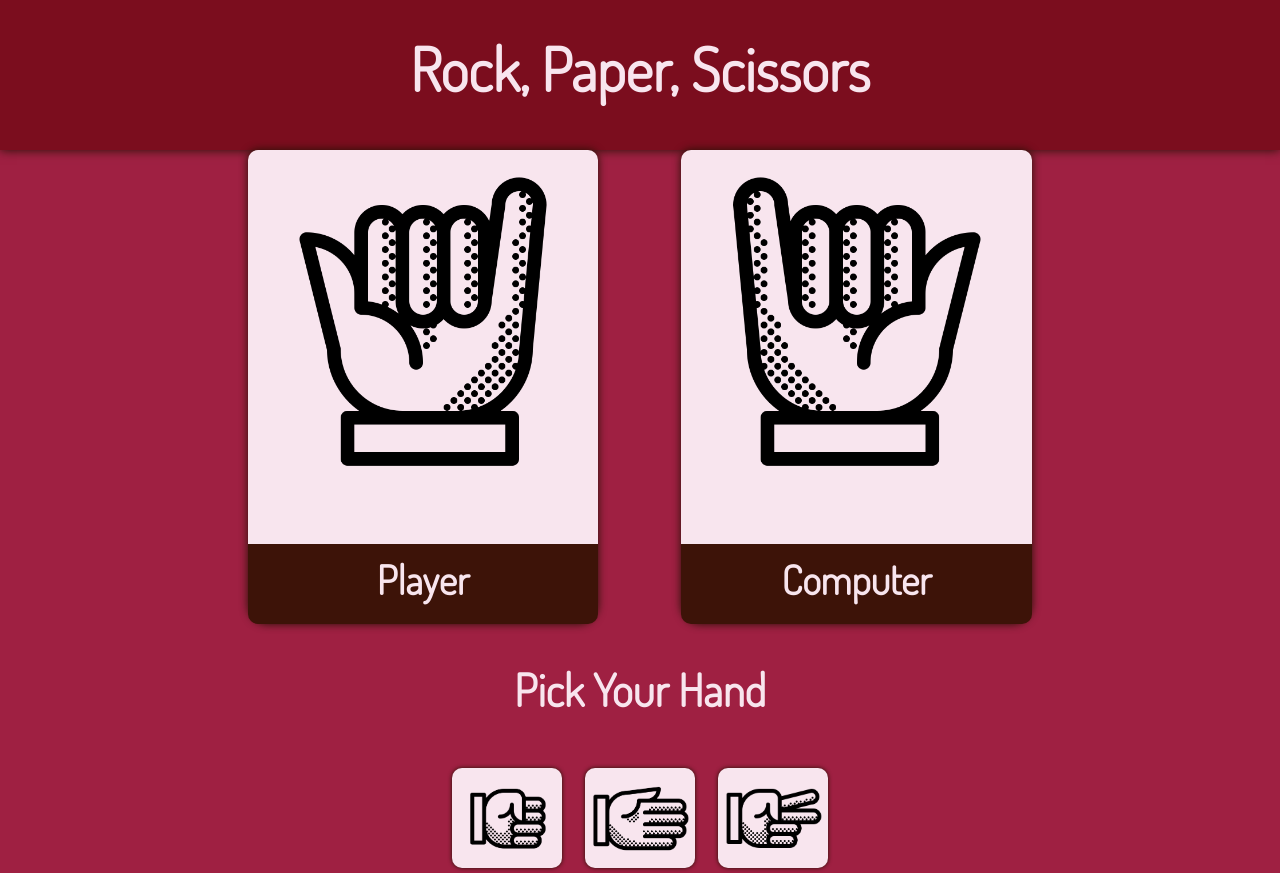
Repository: shayanabedi98/rock-paper-scissors
Page: index.html
The author's editor kept a copy of each file at every save. The page is drawn from the files as they stood at one save, then again after a run of saves.
The browser window is 1280 px wide. The pictures show the whole page.

Above is the page before, as saved 2023-07-13 23:22:41.

### index.html
<!DOCTYPE html>
<html lang="en">
<head>
    <meta charset="UTF-8">
    <meta name="viewport" content="width=device-width, initial-scale=1.0">
    <title>Rock, Paper, Scissors</title>
    <link rel="preconnect" href="https://fonts.googleapis.com">
    <link rel="preconnect" href="https://fonts.gstatic.com" crossorigin>
    <link href="https://fonts.googleapis.com/css2?family=Dosis:wght@300&display=swap" rel="stylesheet">
    <link rel="stylesheet" href="styles.css">
</head>
<body>
    <div class="header">
        <h1>Rock, Paper, Scissors</h1>
    </div>
    <div class="container">
        <div class="card">
            <div class="player1">
                <img src="resources/startleft.png" alt="Starting image before game">
                <h3>Player</h3>
            </div>
        </div>
        <div class="card">
            <div class="computer">
                <img src="resources/start.png" alt="Starting image before game">
                <h3>Computer</h3>
            </div>
        </div>
    </div>
    <div class="caption">
        <h2>Pick Your Hand</h2>
    </div>
    <div class="button-container">
        <button id="rock"><img src="resources/rockleft.png" alt="rock option"></button>
        <button id="paper"><img src="resources/paperleft.png" alt="paper option"></button>
        <button id="scissors"><img src="resources/scissorsleft.png" alt="scissors option"></button>
    </div>
    <script src="index.js"></script>
</body>
</html>

### styles.css
body {
    font-family:'Dosis', sans-serif;
    margin: 0;
    padding: 0;
    background-color: #9F2042;
    color: #F8E5EE;
}

h1 {
    font-size: 60px;
    margin-top: 0;

}

.header {
    text-align: center;
    background-color: #7B0D1E;
    height: 120px;
    padding-top: 30px;
    box-shadow: 0 0 10px 0 #211103;
}

.caption {
    text-align: center;
    font-size: 30px;
}

.container {
    text-align: center;
    display: block;
    margin-top: 0px;
}

.card {
    display: inline-block;
    background-color: #F8E5EE;
    box-shadow: 0 0 8px 0 #211103;
    margin: 0 40px;
    border-radius: 10px 10px 20px 20px;
}

.card img {
    height: 350px;
}

.card h3 {
    font-size: 40px;
    color: #F8E5EE;
    background-color: #3D1308;
    margin-bottom: 0;
    height: 70px;
    padding-top: 10px;
    border-radius: 0  0 10px 10px;
}

.button-container {
    text-align: center;
    margin-top: 50px;
}

#rock, #paper, #scissors {
    font-family: 'Dosis', sans-serif;
    background-color: #F8E5EE;
    color: #211103;
    width: 110px;
    height: 100px;
    cursor: pointer;
    border: 0;
    border-radius: 10px;
    box-shadow: 0 0 4px 0 #211103;
    margin: 0 10px;
}

#rock img, #paper img, #scissors img {
    height: 100px;
}

#rock:hover, #paper:hover, #scissors:hover {
    box-shadow: 0 0 10px 0 #211103;
}

#rock:active, #paper:active, #scissors:active, #rock img:active, #paper img:active, #scissors img:active {
    box-shadow: none;
    height: 99px;
}

### index.js
var scoreP = 0;
var scoreC = 0;
var caption = document.querySelector('.caption h2');

function rng() {
    return Math.floor(Math.random() * 3) + 1;
};

After the next 2 saves:
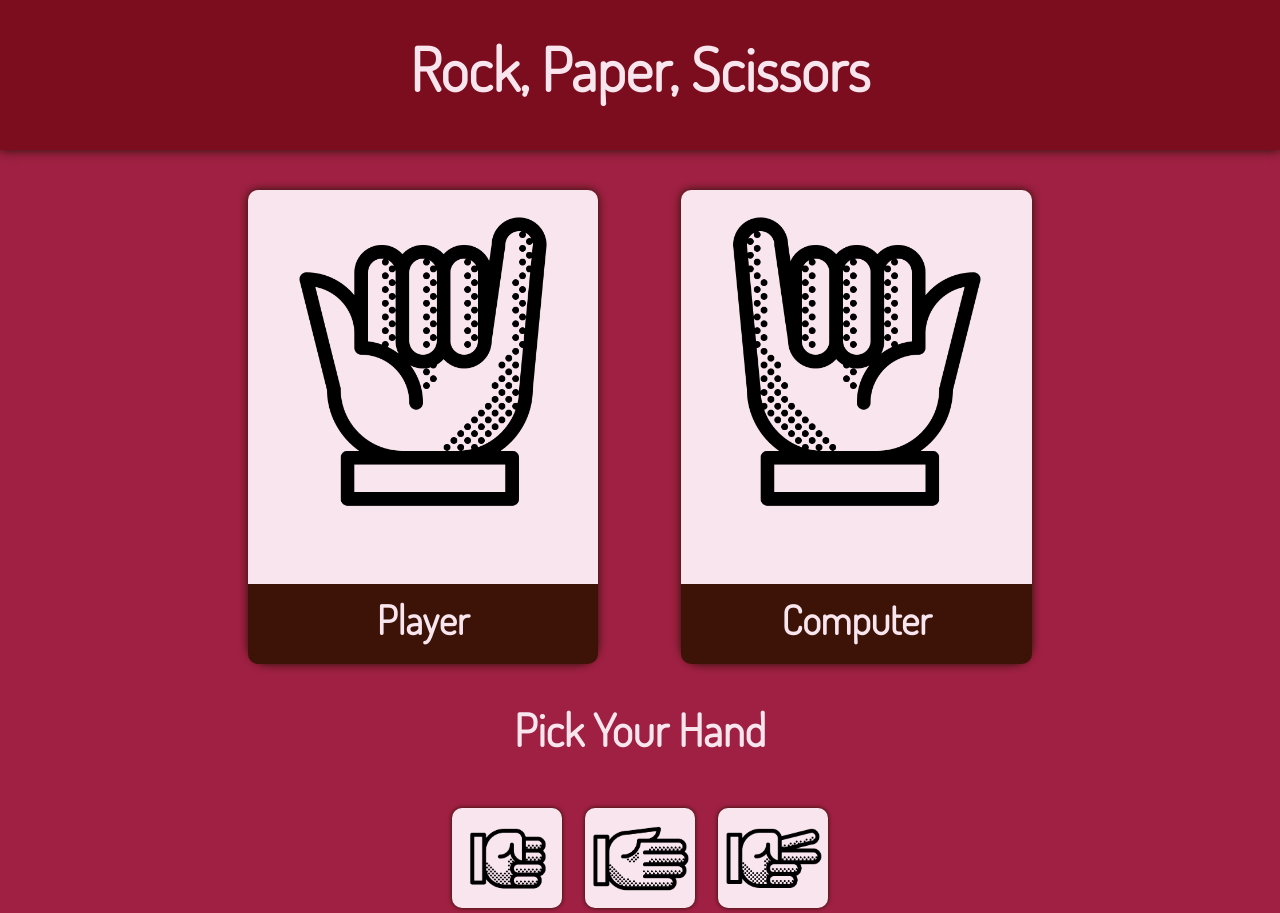
The 2 saves are shown as one change because they came seconds apart.
The last was saved 7 s later.
--- a/styles.css
+++ b/styles.css
@@ -28,7 +28,7 @@ h1 {
 .container {
     text-align: center;
     display: block;
-    margin-top: 0px;
+    margin-top: 40px;
 }
 
 .card {
